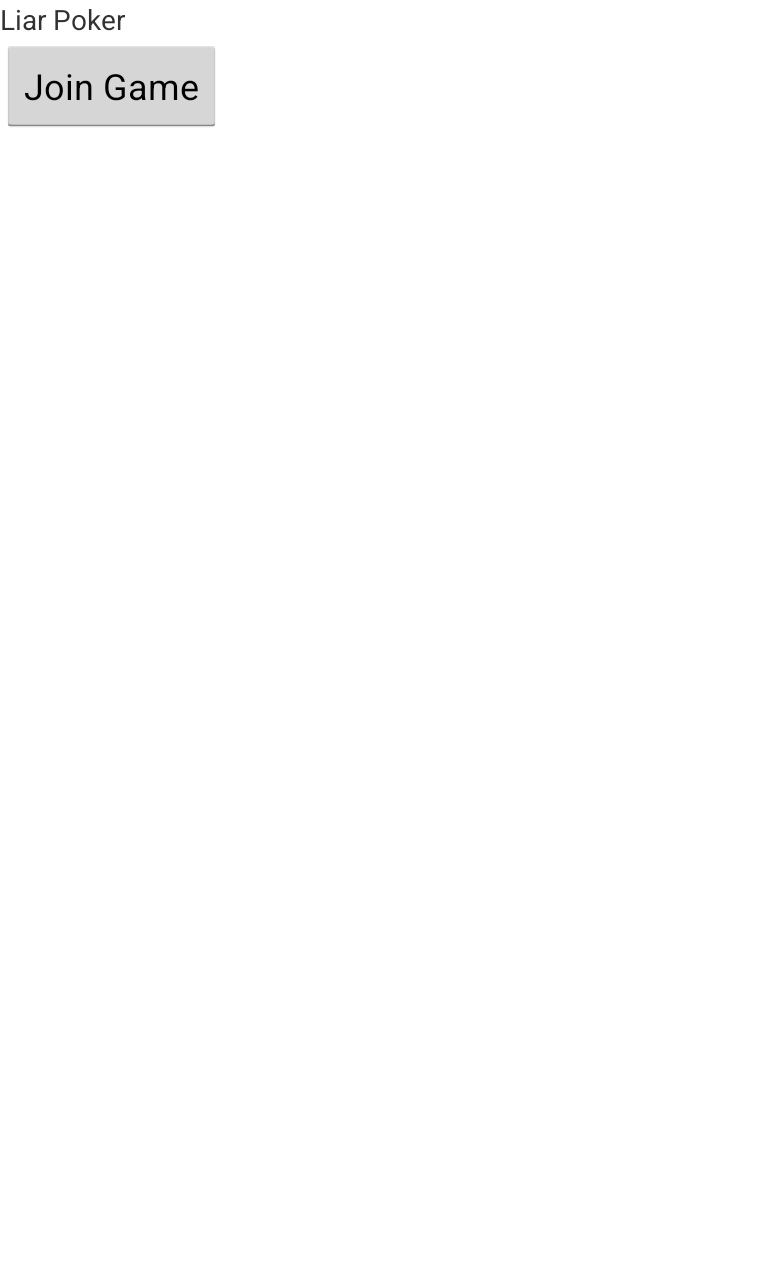
Repository: RayyLim/LiarPoker
Layout: LiarPoker/res/layout/activity_main.xml
The author's editor kept a copy of each file at every save. The layout is drawn from the files as they stood at one save, then again after the next save.
It is drawn on a 768 x 1280 px phone screen (xhdpi) without system bars, with theme AppTheme; the app's code is not run.

Above is the layout before, as saved 2012-07-21 22:51:57.

After the next save:
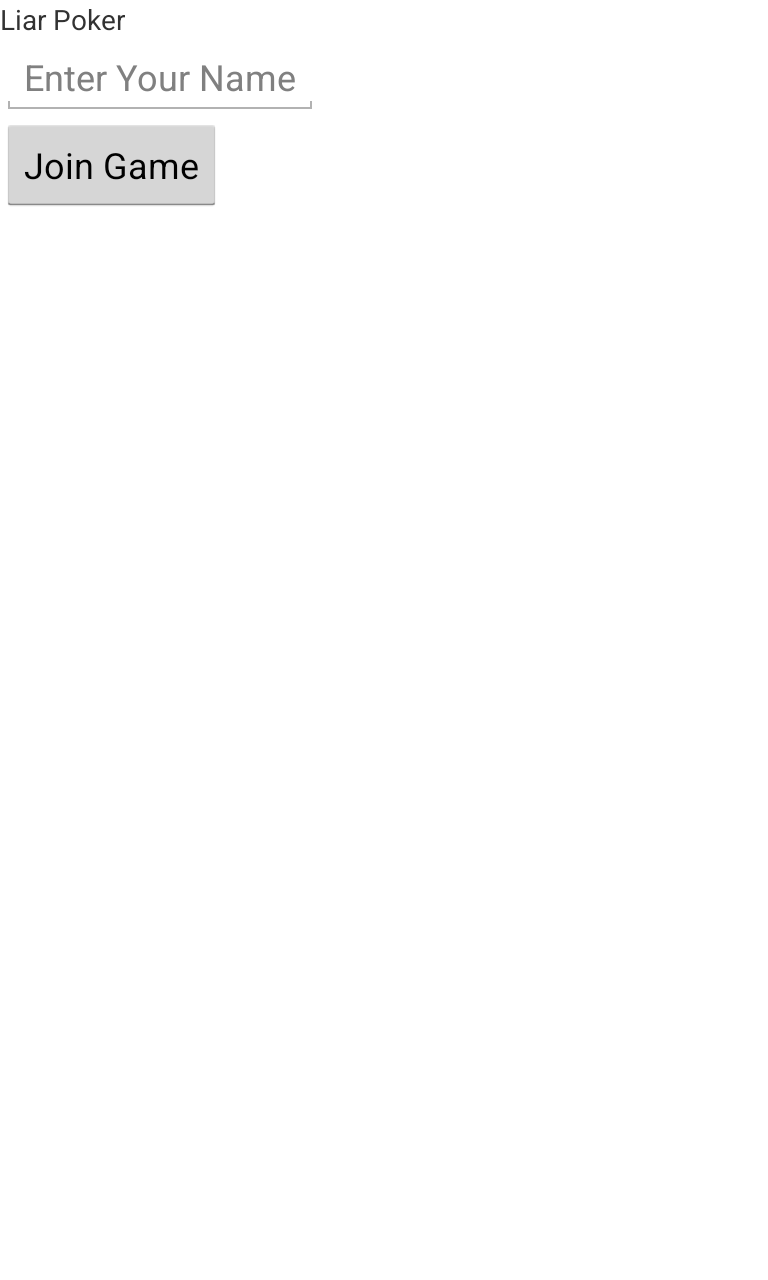
Saved 41 s later.
--- a/LiarPoker/res/layout/activity_main.xml
+++ b/LiarPoker/res/layout/activity_main.xml
@@ -14,7 +14,7 @@
         <EditText android:id="@+id/edit_message"
         android:layout_weight="0"
         android:layout_width="wrap_content"
-        android:layout_height="0dp"
+        android:layout_height="wrap_content"
         android:hint="@string/enteryourname_message" />
 
             <Button
